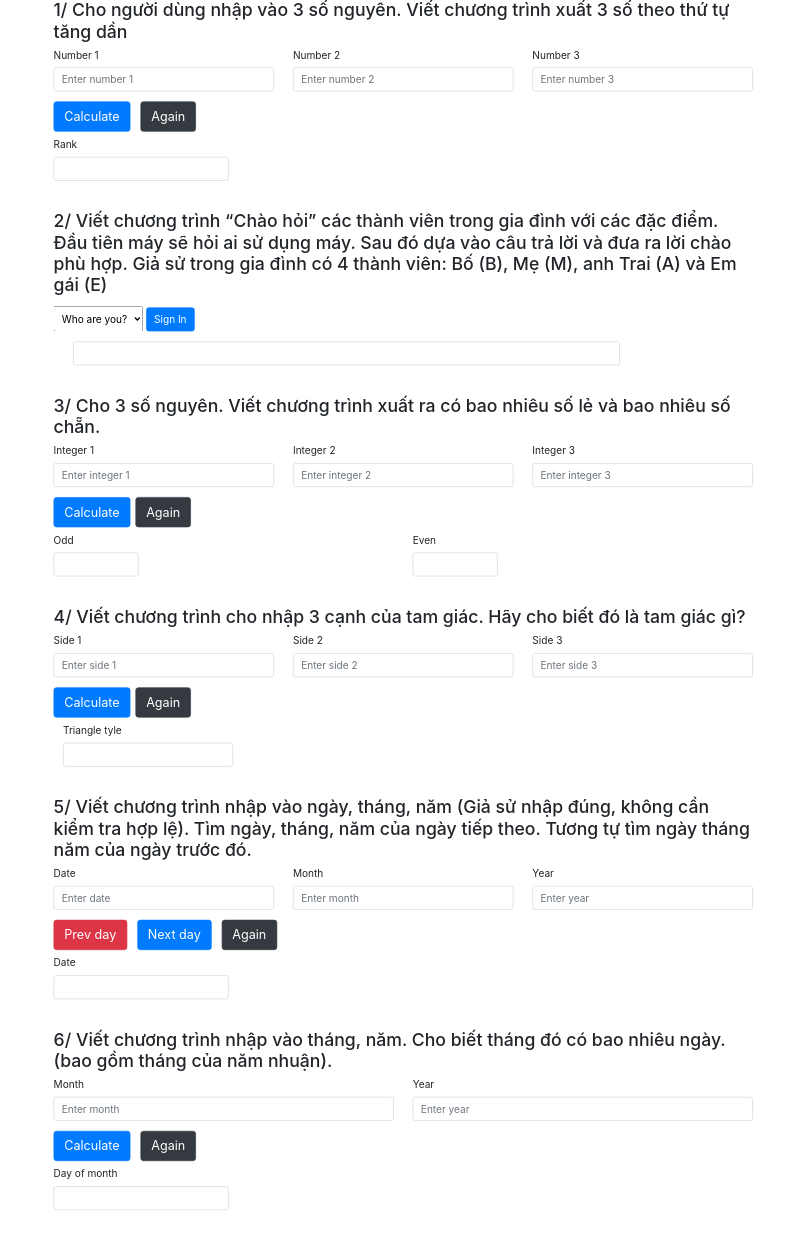
Repository: baobaodeveloper/bootscamp21__jsbasic__HuynhAnhBao
Page: index.html
The author's editor kept a copy of each file at every save. The page is drawn from the files as they stood at one save, then again after the next save.
The browser window is 1280 px wide. The pictures show the whole page, at 63% of full size.

Above is the page before, as saved 2022-03-10 23:23:28.

After the next save:
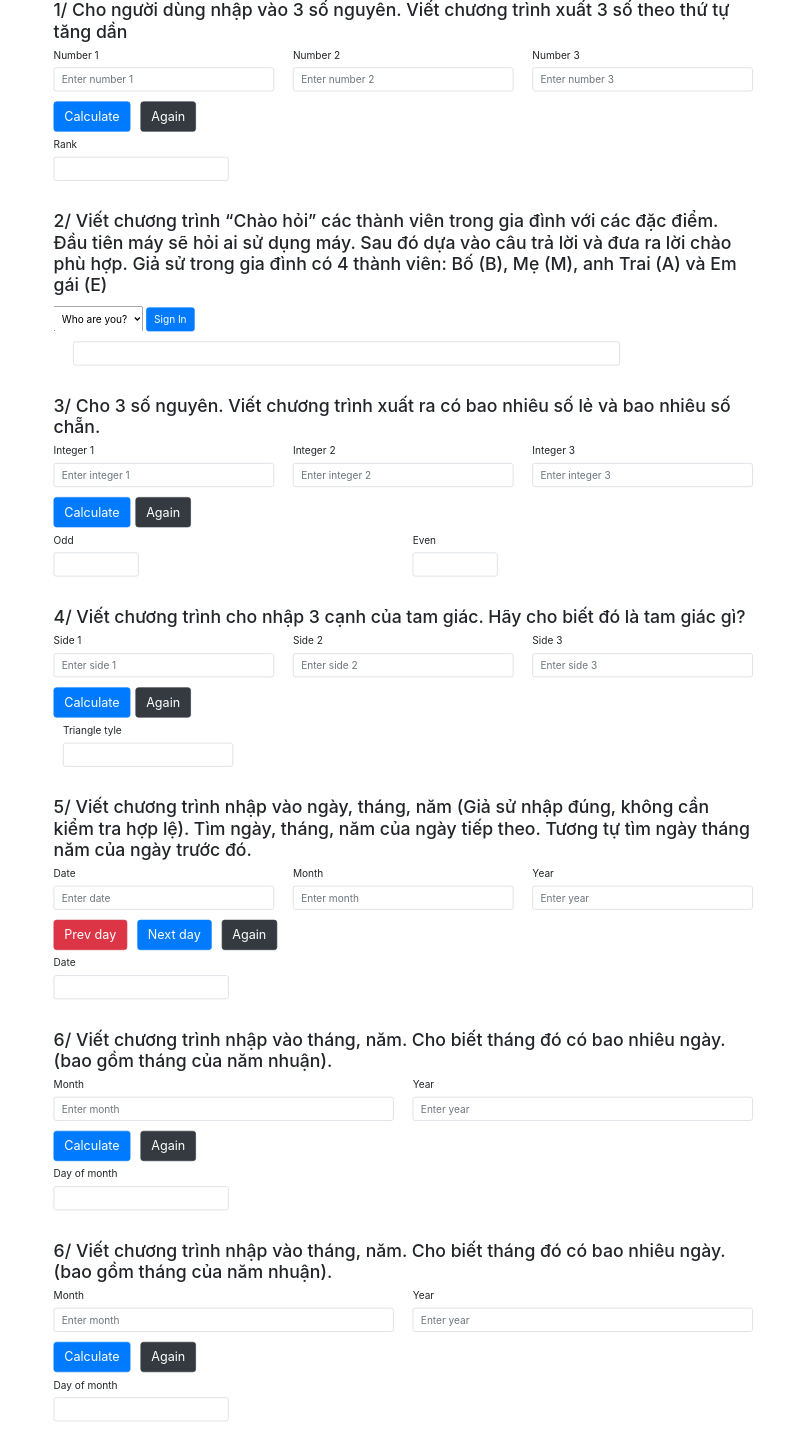
Saved 10 min 47 s later.
--- a/index.html
+++ b/index.html
@@ -225,7 +225,7 @@
       </div>
     </div>
 
-    <!--5Viết chương trình nhập vào ngày, tháng, năm (Giả sử nhập đúng, không cần kiểm tra hợp
+    <!--5 Viết chương trình nhập vào ngày, tháng, năm (Giả sử nhập đúng, không cần kiểm tra hợp
   lệ). Tìm ngày, tháng, năm của ngày tiếp theo. Tương tự tìm ngày tháng năm của ngày trước
   đó.  -->
 
@@ -291,8 +291,56 @@
       </div>
     </div>
 
-    <!-- Viết chương trình nhập vào tháng, năm. Cho biết tháng đó có bao nhiêu ngày. (bao gồm
+    <!-- 6 Viết chương trình nhập vào tháng, năm. Cho biết tháng đó có bao nhiêu ngày. (bao gồm
     tháng của năm nhuận).-->
+    <div class="container mb-xl-5">
+      <h3>
+        6/ Viết chương trình nhập vào tháng, năm. Cho biết tháng đó có bao nhiêu
+        ngày. (bao gồm tháng của năm nhuận).
+      </h3>
+
+      <div class="row">
+        <div class="col">
+          <label class="form-label">Month</label>
+          <input
+            type="number"
+            class="form-control month1"
+            placeholder="Enter month"
+          />
+        </div>
+        <div class="col">
+          <label class="form-label">Year</label>
+          <input
+            type="number"
+            class="form-control year1"
+            placeholder="Enter year"
+          />
+        </div>
+      </div>
+
+      <div class="d-flex">
+        <button
+          type="button "
+          class="btn btn-primary btn-lg mt-3 mb-2 btn-month mr-3"
+        >
+          Calculate
+        </button>
+
+        <button
+          type="button "
+          class="btn btn-dark btn-lg mt-3 mb-2 btn-again-month"
+        >
+          Again
+        </button>
+      </div>
+
+      <div class="mt-3 m-auto">
+        <label class="form-label">Day of month</label>
+        <input type="text" class="form-control w-25 resultMonth" />
+      </div>
+    </div>
+
+    <!--7 Viết chương trình nhập vào số nguyên có 3 chữ số. In ra cách đọc nó.-->
     <div class="container mb-xl-5">
       <h3>
         6/ Viết chương trình nhập vào tháng, năm. Cho biết tháng đó có bao nhiêu
